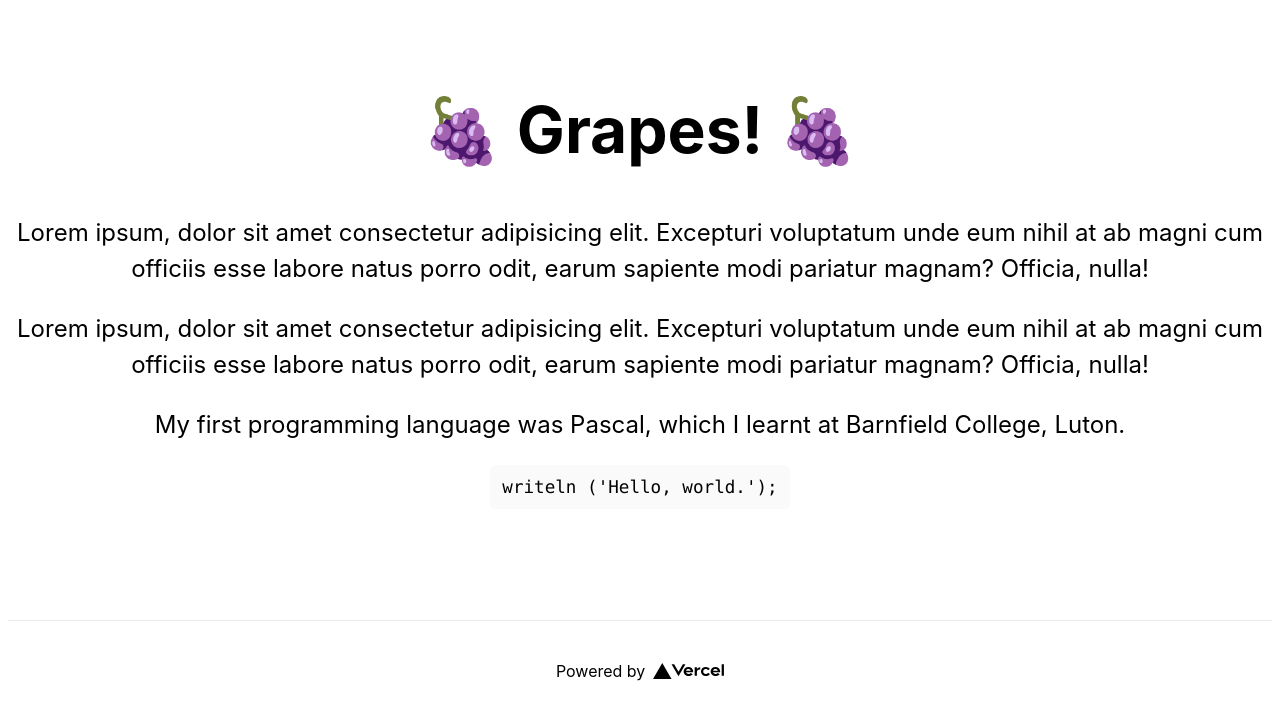
Repository: technogize/next-test-site
Page: /
These files come from the project's save history. The page is drawn as it stood at one moment and after the next save; the edit follows.
The browser window is 1280 px wide. The pictures show the whole page.
The project was rebuilt for these pictures with package versions that can differ from the ones it lists, and the page was loaded fresh each time. The framework's server and built-in components were replaced by stand-ins that run in the browser.

Above is the page before, as saved 2021-10-02 08:48:18.

### pages/index.js
import Head from 'next/head'
import styles from '../styles/Home.module.css'

export default function Home() {
  return (
    <div className={styles.container}>
      <Head>
        <title>Home 🍇 Mo's Next Site</title>
        <link rel="icon" href="/favicon.ico" />
      </Head>

      <main className={styles.main}>
        <h1 className={styles.title}>
          🍇 Grapes! 🍇
        </h1>

        <p className={styles.description}>
          <p>Lorem ipsum, dolor sit amet consectetur adipisicing elit. Excepturi voluptatum unde eum nihil at ab magni cum officiis esse labore natus porro odit, earum sapiente modi pariatur magnam? Officia, nulla!</p>
          <p>Lorem ipsum, dolor sit amet consectetur adipisicing elit. Excepturi voluptatum unde eum nihil at ab magni cum officiis esse labore natus porro odit, earum sapiente modi pariatur magnam? Officia, nulla!</p>
          <p>My first programming language was Pascal, which I learnt at Barnfield College, Luton.</p>
          <code className={styles.code}>
            writeln ('Hello, world.');
          </code>
        </p>

      </main>

      <footer className={styles.footer}>
        <a
          href="https://vercel.com?utm_source=create-next-app&utm_medium=default-template&utm_campaign=create-next-app"
          target="_blank"
          rel="noopener noreferrer"
        >
          Powered by{' '}
          <img src="/vercel.svg" alt="Vercel Logo" className={styles.logo} />
        </a>
      </footer>
    </div>
  )
}

Loaded but not shown: pages/_app.js (common file); styles/globals.css (common file); styles/Home.module.css (common file)

After the next save:
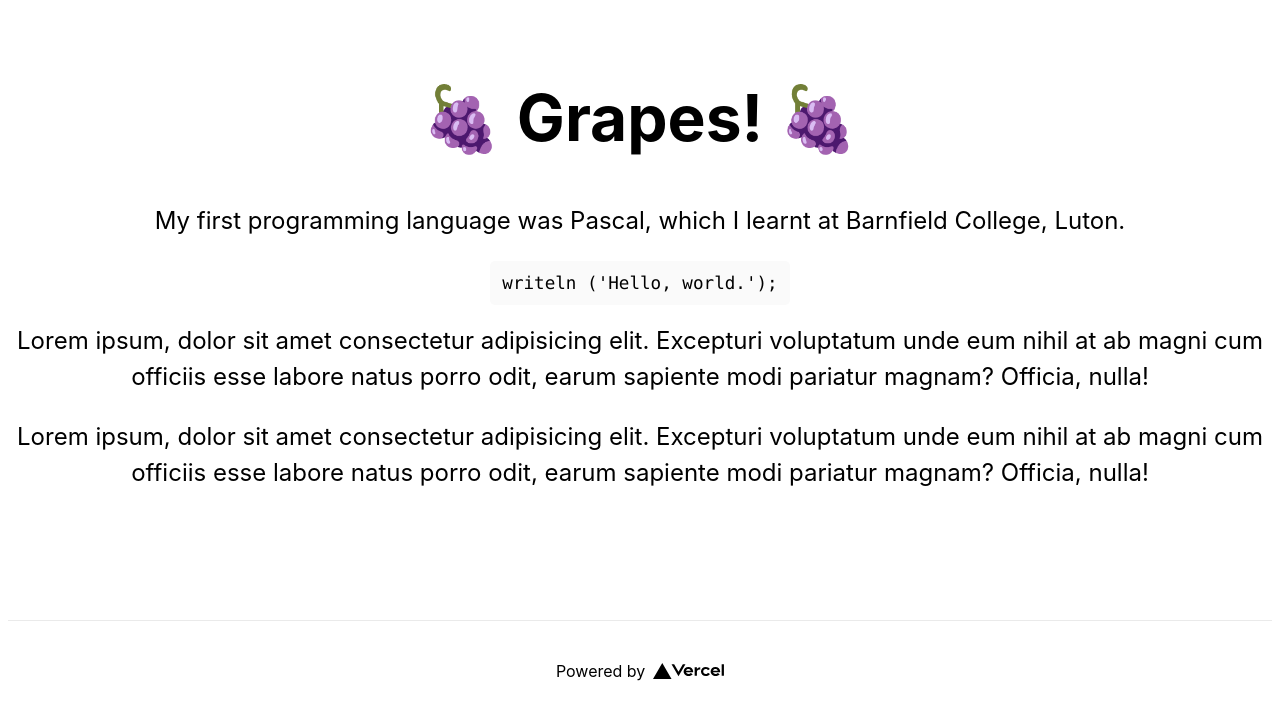
Saved 10 s later.
--- a/pages/index.js
+++ b/pages/index.js
@@ -15,12 +15,13 @@ export default function Home() {
         </h1>
 
         <p className={styles.description}>
-          <p>Lorem ipsum, dolor sit amet consectetur adipisicing elit. Excepturi voluptatum unde eum nihil at ab magni cum officiis esse labore natus porro odit, earum sapiente modi pariatur magnam? Officia, nulla!</p>
-          <p>Lorem ipsum, dolor sit amet consectetur adipisicing elit. Excepturi voluptatum unde eum nihil at ab magni cum officiis esse labore natus porro odit, earum sapiente modi pariatur magnam? Officia, nulla!</p>
           <p>My first programming language was Pascal, which I learnt at Barnfield College, Luton.</p>
           <code className={styles.code}>
             writeln ('Hello, world.');
           </code>
+          <p>Lorem ipsum, dolor sit amet consectetur adipisicing elit. Excepturi voluptatum unde eum nihil at ab magni cum officiis esse labore natus porro odit, earum sapiente modi pariatur magnam? Officia, nulla!</p>
+          <p>Lorem ipsum, dolor sit amet consectetur adipisicing elit. Excepturi voluptatum unde eum nihil at ab magni cum officiis esse labore natus porro odit, earum sapiente modi pariatur magnam? Officia, nulla!</p>
+
         </p>
 
       </main>
